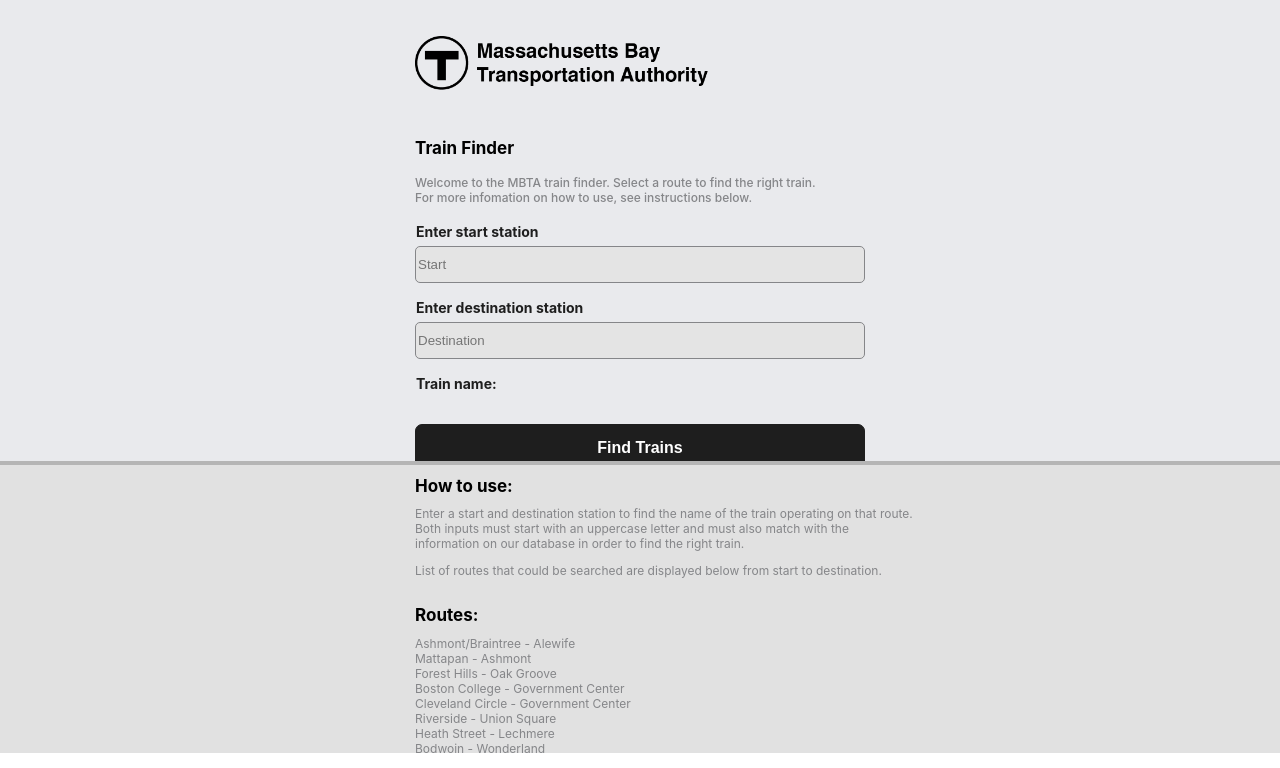
Repository: jumadesigns/mbta-train-finder
Page: / (app in mbta-app/)
The author's editor kept a copy of each file at every save. The page is drawn from the files as they stood at one save, then again after the next save.
The browser window is 1280 px wide. The pictures show the whole page.
The page's requests for data from a server got no answer. The project was rebuilt for these pictures with package versions that can differ from the ones it lists, and the page was loaded fresh each time. No one was signed in, and anything a server would have sent is missing.

Above is the page before, as saved 2022-09-26 22:31:51.

### mbta-app/src/index.css
body {
  margin: 0;
  font-family: -apple-system, BlinkMacSystemFont, "Segoe UI", "Roboto", "Oxygen",
    "Ubuntu", "Cantarell", "Fira Sans", "Droid Sans", "Helvetica Neue",
    sans-serif;
  -webkit-font-smoothing: antialiased;
  -moz-osx-font-smoothing: grayscale;
  height: 100vh;
}

.App {
  text-align: center;
}

.App-logo {
  margin-top: 3vh;
  max-width: 65%;
  max-height: 65%;
  margin-right: 25vh;
}

.header-title {
  text-align: left;
  margin-top: 6vh;
  font-size: 17px;
}

.header-subtitle {
  color: #858689;
  font-size: 12px;
  font-weight: 500;
  text-align: left;
  margin-top: 0vh;
}

.input-div {
  display: flex;
  flex-direction: column;
  justify-content: center;
  align-items: center;
  background-color: #e9eaed;
}

.input-container {
  margin-top: 2vh;
  height: 50vh;
  width: 450px;
  margin-bottom: 12vh;
}

.mbta-input-container {
  display: flex;
  flex-direction: column;
  justify-content: space-between;
  align-items: left;
}

.label-title {
  font-size: 14px;
  color: #1e1e1e;
  text-align: left;
  padding: 1px;
  margin: 5px;
  margin-bottom: 10px;
  margin-left: 0px;
}

.find-train-button {
  height: 48px;
  background-color: #1e1e1e;
  color: white;
  border: 1.5px solid #1e1e1e;
  border-radius: 7px;
}

.button-text {
  text-align: center;
  font-size: 16px;
  margin-top: 13px;
}

.input-bar {
  background: #e4e4e4;
  border: 1.5px solid #858689;
  border-radius: 5px;
  height: 33px;
  margin-bottom: 10px;
  margin-top: -5px;
}

.train-title {
  margin-bottom: 0vh;
}

#train-name {
  font-weight: 700;
  font-size: 20px;
  color: #1e1e1e;
  margin-bottom: 0px;
}

#train-name-not-found {
  font-size: 15px;
  font-weight: 700;
  margin-top: 0vh;
  color: red;
}

#error-message {
  margin-top: 1vh;
  color: red;
  font-size: 15px;
  font-weight: 700;
}

.bottom-container {
  position: absolute;
  bottom: 40;
  width: 100%;
  background-color: #e1e1e1;
  border-top: 4px #b5b5b5 solid;
  height: 40vh;
  display: flex;
  flex-direction: column;
  justify-content: center;
  align-items: center;
}

.bottom-center-div {
  height: 400px;
  width: 450px;
  margin-top: -10px;
  top: 40%;
  position: static;
  /*background-color: blue;*/
}

.bottom-section-title-1 {
  position: absolute;
  font-weight: 700;
  font-size: 17px;
  margin-top: 5vh;
  margin-right: 25vw;
}

.bottom-section-title-2 {
  position: absolute;
  font-weight: 700;
  font-size: 17px;
  margin-top: 2vh;
  margin-right: 25vw;
}

.bottom-section-paragraph-1 {
  font-size: 12px;
  text-align: left;
  color: #858689;
  margin-top: 9.3vh;
  width: 500px;
}

.bottom-section-paragraph-2 {
  font-size: 12px;
  text-align: left;
  color: #858689;
  margin-top: 8vh;
  width: 500px;
}

### mbta-app/src/App.js
import logo from "./logo.png";
import "./index.css";
import Input from "./Input";

/*

  My name is Victor Nite. Thank you for allowing me the opportunity to build this app.
  Although i was required to just complete the steps on the instruction, I went ahead to implement
  some additional functionalities to enhance the the user experience of the app. Here is what i added.

  1. ** Validation Checks **
  Since the name of the stops returned from the API are case sensitive and a user might not know that, I
  implemented validation check to inform the user that the first letter of each word must be case sensitive.
  I also implemented another validation to the check if the stations are not entered correctly.

  2. ** List the stations **
  I also thought a first time user might not know what to search for or how to combine
  the right stations to find a train. So i displayed a list of the stations to aide first time users.

  3. ** Interactive UI **
  I implemented an interactive UI with the official MBTA logo and their style guidelines. I also displayed
  instructions on how to use the app on the UI


  ** ISSUES I HAD **
  I was able to attempt all the steps however, i couldn't make progess with Step 2 simply because all the objects
  with the MBTA trains all returned 2 stops so there was nothing to compare them with.


  I added some comment alongside some of the code for better understanding on my thought process.

*/

function App() {
  return (
    <div className="App">
      <div className="input-div">
        <div className="input-container">
          <header className="App-header">
            <img src={logo} className="App-logo" alt="logo" />
            <h3 className="header-title">Train Finder</h3>
            <p className="header-subtitle">
              Welcome to the MBTA train finder. Select a route to find the right train. <br></br>
              For more infomation on how to use, see instructions below.
            </p>
          </header>

          <Input />
        </div>
      </div>
      <div className="bottom-container">
        <div className="bottom-center-div">
          <h3 className="bottom-section-title-1">How to use:</h3>

          <p className="bottom-section-paragraph-1">
            Enter a start and destination station to find the name of the train
            operating on that route. Both inputs must start with an uppercase
            letter and must also match with the information on our database in
            order to find the right train.
            <p>
              List of routes that could be searched are displayed below from
              start to destination.
            </p>
          </p>

          <h3 className="bottom-section-title-2">Routes:</h3>

          <p className="bottom-section-paragraph-2">
            Ashmont/Braintree - Alewife <br></br>
            Mattapan - Ashmont <br></br>
            Forest Hills - Oak Groove <br></br>
            Boston College - Government Center <br></br>
            Cleveland Circle - Government Center <br></br>
            Riverside - Union Square <br></br>
            Heath Street - Lechmere <br></br>
            Bodwoin - Wonderland <br></br>
          </p>
        </div>
      </div>
    </div>
  );
}

export default App;

### mbta-app/src/Input.js
import "./index.css";
import Axios from "axios";
import React from "react";
import { useEffect, useState } from "react";

/*

  My name is Victor Nite. Thank you for allowing me the opportunity to build this app.
  Although i was required to just complete the steps on the instruction, I went ahead to implement
  some additional functionalities to enhance the the user experience of the app. Here is what i added.

  1. ** Validation Checks **
  Since the name of the stops returned from the API are case sensitive and a user might not know that, I
  implemented validation check to inform the user that the first letter of each word must be case sensitive.
  I also implemented another validation to the check if the stations are not entered correctly.

  2. ** List the stations **
  I also thought a first time user might not know what to search for or how to combine
  the right stations to find a train. So i displayed a list of the stations to aide first time users.

  3. ** Interactive UI **
  I implemented an interactive UI with the official MBTA logo and their style guidelines. I also displayed
  instructions on how to use the app on the UI


  ** ISSUES I HAD **
  I was able to attempt all the steps however, i couldn't make progess with Step 2 simply because all the objects
  with the MBTA trains all returned 2 stops so there was nothing to compare them with.


  I added some comment alongside some of the code for better understanding on my thought process.

*/

function Input() {
  const [responseData, setResponseData] = useState([]);
  const [start, setStart] = useState("");
  const [destination, setDestination] = useState("");
  const [foundTrains, setFoundTrains] = useState("");
  const [errorText, setErrorText] = useState("");
  const [notFound, setNotFound] = useState("");

  //Makes the API call for Step 1 whenever the page loads.
  useEffect(() => {
    getData();
  }, []);

  //Checks on when there is no input.
  useEffect(() => {
    if (start === "" && destination === "") {
      setNotFound("");
      setErrorText("");
      setFoundTrains("");
    }
  }, [start, destination]);

  //Checks for inputs with the wrong answer.
  useEffect(() => {
    if (notFound !== "") {
      setFoundTrains("");
    }
  }, [notFound]);

  const handleStartChange = (event) => {
    const word = event.target.value;

    //Checks for validation to make sure first letter is uppercase. (New Feature)
    if (word.charAt(0) === word.charAt(0).toLowerCase()) {
      setErrorText(
        "*First letter must be Uppercase! Please delete and type again"
      );
    } else if (word.charAt(0) === word.charAt(0).toUpperCase()) {
      setErrorText("");
    }
    setStart(word);
  };

  const handleDestinationChange = (event) => {
    const word = event.target.value;

    //Checks for validation to make sure first letter is uppercase. (New Feature)
    if (word.charAt(0) === word.charAt(0).toLowerCase()) {
      setErrorText("First letter must be Uppercase");
    } else if (word.charAt(0) === word.charAt(0).toUpperCase()) {
      setErrorText("");
    }
    setDestination(word);
  };

  const FindTrains = () => {
    const findTrains = responseData.filter((train) => {
      return (
        train.attributes.direction_destinations.includes(start) &&
        train.attributes.direction_destinations.includes(destination)
      );
    });

    //Checks for when the search returns no data, updates the state to display a message.
    if (findTrains.length > 0) {
      const found = findTrains
        .map((train) => train.attributes.long_name)
        .join("line, ");
      setFoundTrains(found);
    } else {
      setNotFound(
        "*No train was found! Please clear all inputs and search again."
      );
    }
  };

  const getData = () => {
    /*
        Fetch the API. Using the second API link because it returns a more
        filtered list unlike the first one.
    */
    Axios.get("https://api-v3.mbta.com/routes?filter[type]=0,1").then(
      (response) => {
        //Put response in a variable
        const res = response.data;
        //console.log(res.data);

        //Map through the res variable to log to the name of trains to the console as required for Step 1.
        res.data.map((val) => console.log(val.attributes.long_name));

        //Set response to the state
        setResponseData(res.data);
      }
    );
  };

  return (
    <div className="">
      <div className="mbta-input-container">
        <h4 className="label-title">Enter start station</h4>
        <input
          className="input-bar"
          type="text"
          value={start}
          placeholder="Start"
          onChange={(e) => handleStartChange(e)}
        />
        <h4 className="label-title">Enter destination station</h4>
        <input
          className="input-bar"
          type="text"
          value={destination}
          placeholder="Destination"
          onChange={(e) => handleDestinationChange(e)}
        />
        <h4 className="label-title train-title">Train name:</h4>
        <h2 id="train-name">{foundTrains}</h2>
        <p id="train-name-not-found">{notFound}</p>

        <button onClick={FindTrains} className="find-train-button">
          <h3 className="button-text">Find Trains</h3>
        </button>

        <span id="error-message">{errorText}</span>
      </div>
    </div>
  );
}

export default Input;

Loaded but not shown: mbta-app/public/index.html (common file); mbta-app/src/index.js (common file)

After the next save:
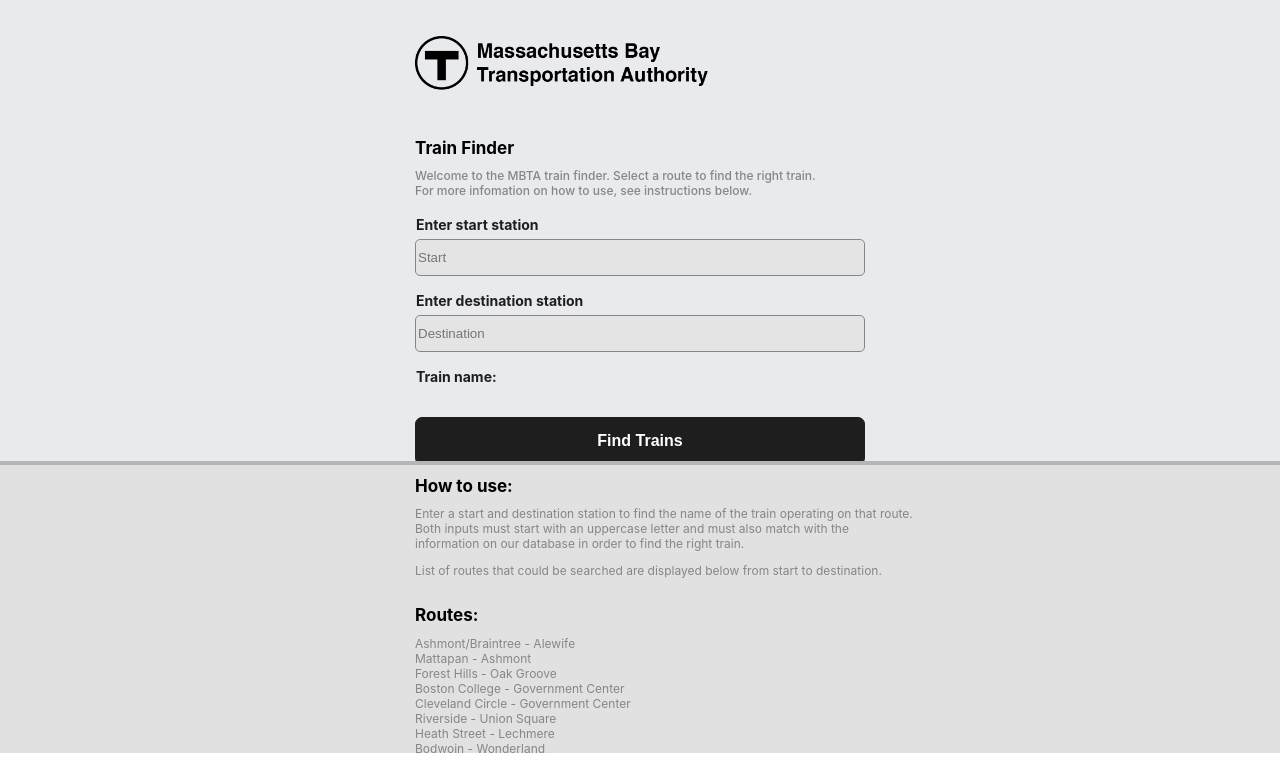
Saved 19 s later.
--- a/mbta-app/src/index.css
+++ b/mbta-app/src/index.css
@@ -30,7 +30,7 @@
   font-size: 12px;
   font-weight: 500;
   text-align: left;
-  margin-top: 0vh;
+  margin-top: -1vh;
 }
 
 .input-div {
